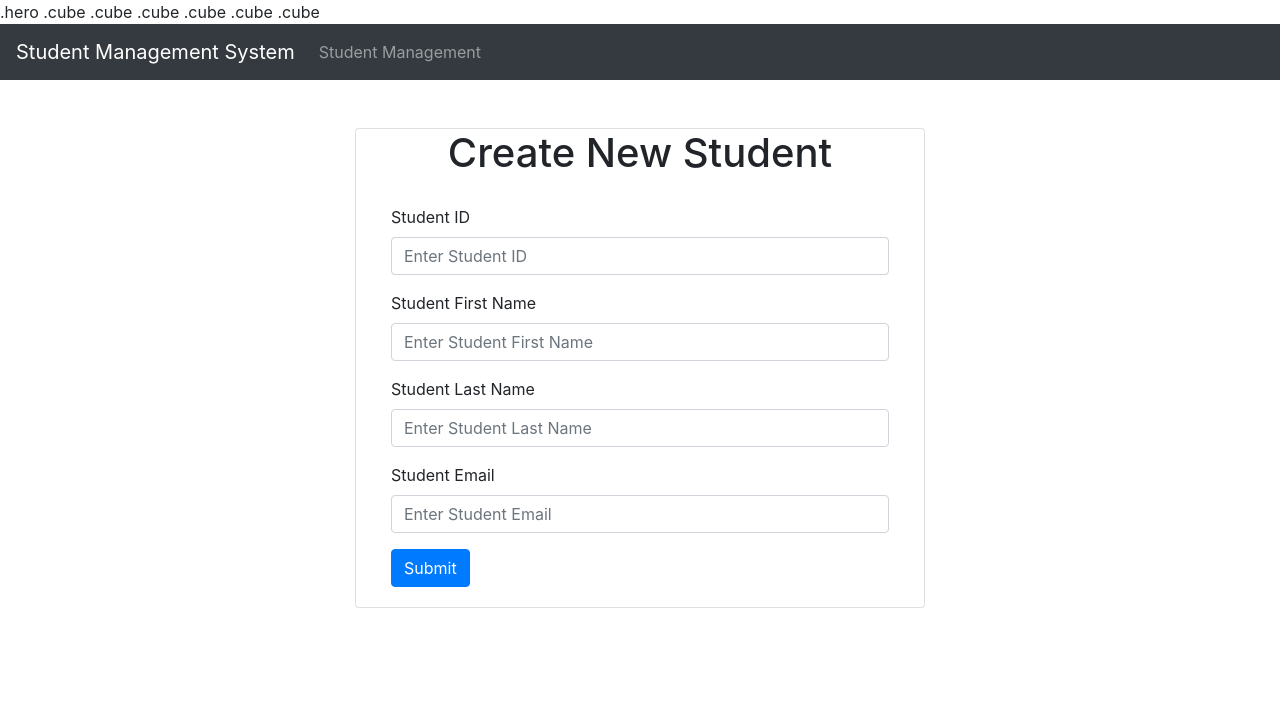
Repository: Luckysenapati/student-management-system
Page: http://localhost/create_student
These files come from the project's save history. The page is drawn as it stood at one moment and after the next save; the edit follows.
The browser window is 1280 px wide. The pictures show the whole page.
The page is this project's Thymeleaf template; nobody is signed in. The template is opened directly, without the code that normally fills it, so the values that code supplies are empty.

Above is the page before, as saved 2024-12-22 15:53:11.

After the next save:
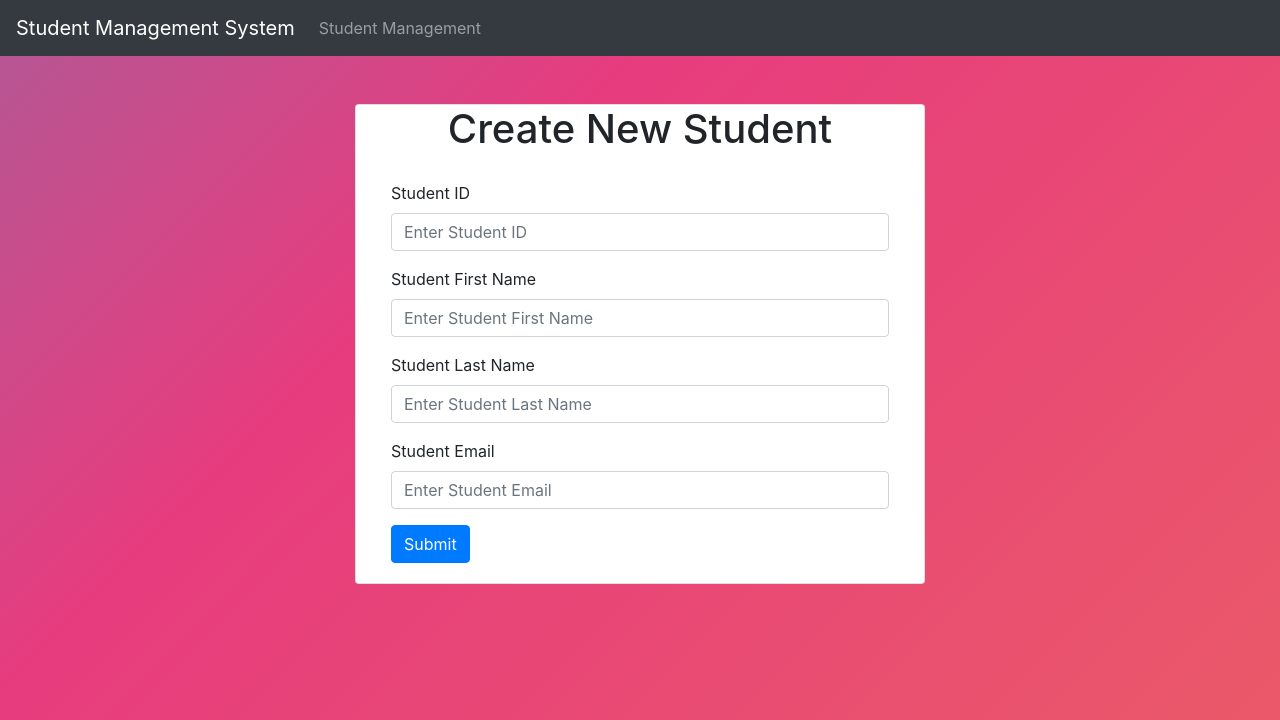
Saved 2 min 46 s later.
--- a/springboot project Gr11/student-management-system/src/main/resources/templates/create_student.html
+++ b/springboot project Gr11/student-management-system/src/main/resources/templates/create_student.html
@@ -8,92 +8,29 @@
 	integrity="sha384-Gn5384xqQ1aoWXA+058RXPxPg6fy4IWvTNh0E263XmFcJlSAwiGgFAW/dAiS6JXm"
 	crossorigin="anonymous">
 	<style>
-		@import url('https://fonts.googleapis.com/css?family=Montserrat:700');
-
-		.hero {
-		  background-color: #0040C1;
-		  position: relative;
-		  height: 100vh;
-		  overflow: hidden;
-		  font-family: 'Montserrat', sans-serif;
+		body {
+			background: linear-gradient(-45deg, #ee7752, #e73c7e, #23a6d5, #23d5ab);
+			background-size: 400% 400%;
+			animation: gradient 15s ease infinite;
+			height: 100vh;
 		}
 
-		.hero__title {
-		  color: #fff;
-		  position: absolute;
-		  top: 50%;
-		  left: 50%;
-		  transform: translate(-50%, -50%);
-		  font-size: 50px;
-		  z-index: 1;
+		@keyframes gradient {
+			0% {
+				background-position: 0% 50%;
+			}
+			50% {
+				background-position: 100% 50%;
+			}
+			100% {
+				background-position: 0% 50%;
+			}
 		}
 
-		.cube {
-		  position: absolute;
-		  top: 80vh;
-		  left: 45vw;
-		  width: 10px;
-		  height: 10px;
-		  border: solid 1px darken(#0040C1, 8%);
-		  transform-origin: top left;
-		  transform: scale(0) rotate(0deg) translate(-50%, -50%);
-		  animation: cube 12s ease-in forwards infinite;
-
-		  &:nth-child(2n) {
-		    border-color: lighten(#0040C1, 10%);
-		  }
-
-		  &:nth-child(2) {
-		    animation-delay: 2s;
-		    left: 25vw;
-		    top: 40vh;
-		  }
-
-		  &:nth-child(3) {
-		    animation-delay: 4s;
-		    left: 75vw;
-		    top: 50vh;
-		  }
-
-		  &:nth-child(4) {
-		    animation-delay: 6s;
-		    left: 90vw;
-		    top: 10vh;
-		  }
-
-		  &:nth-child(5) {
-		    animation-delay: 8s;
-		    left: 10vw;
-		    top: 85vh;
-		  }
-
-		  &:nth-child(6) {
-		    animation-delay: 10s;
-		    left: 50vw;
-		    top: 10vh;
-		  }
-		}
-
-		@keyframes cube {
-		  from {
-		    transform: scale(0) rotate(0deg) translate(-50%, -50%);
-		    opacity: 1;
-		  }
-		  to {
-		    transform: scale(20) rotate(960deg) translate(-50%, -50%);
-		    opacity: 0;
-		  }
-		}
 	</style>
 </head>
 <body>
-	.hero
-	  .cube
-	  .cube
-	  .cube
-	  .cube
-	  .cube
-	  .cube
+
 
 <nav class="navbar navbar-expand-md bg-dark navbar-dark">
   <!-- Brand -->
